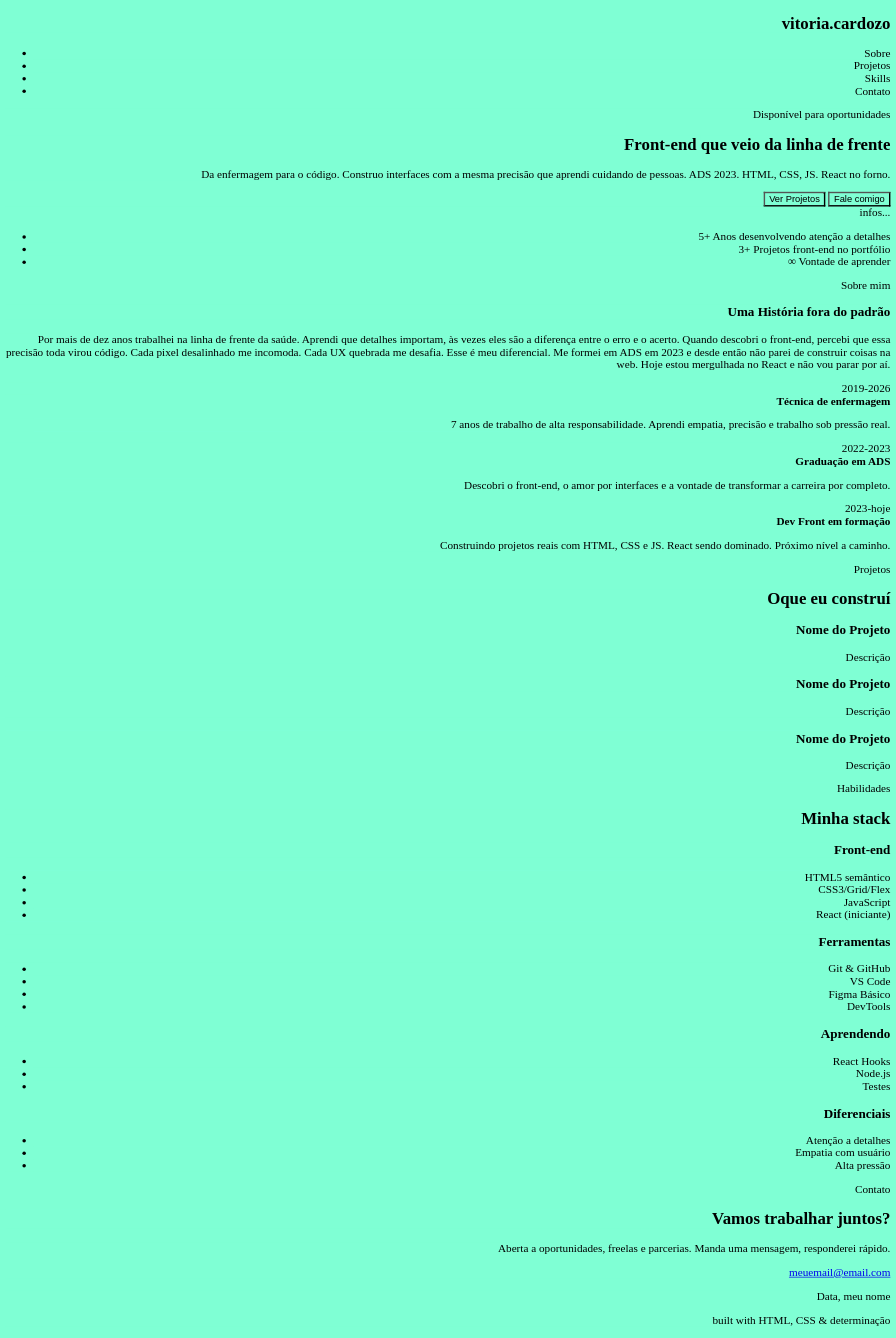
Repository: Bitroia/Portifolio
Page: index.html
These files come from the project's save history. The page is drawn as it stood at one moment and after the next save; the edit follows.
The browser window is 1280 px wide. The pictures show the whole page, at 70% of full size.

Above is the page before, as saved 2026-04-23 22:11:04.

After the next save:
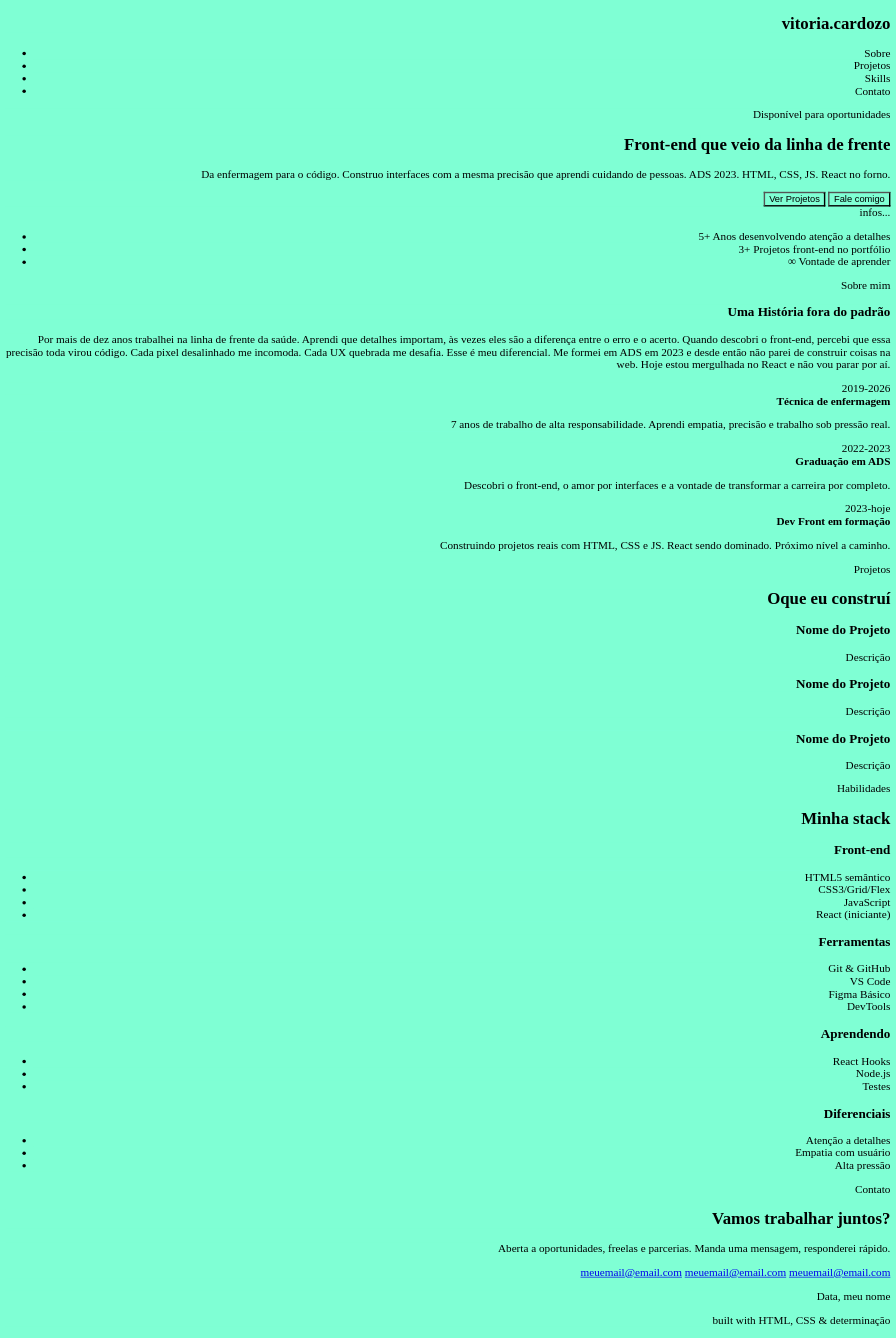
Saved 4 s later.
--- a/index.html
+++ b/index.html
@@ -158,6 +158,8 @@
           responderei rápido.
         </p>
         <a href="#" class="contact-link">meuemail@email.com</a>
+        <a href="#" class="contact-link">meuemail@email.com</a>
+        <a href="#" class="contact-link">meuemail@email.com</a>
 
       </section>
     </main>
